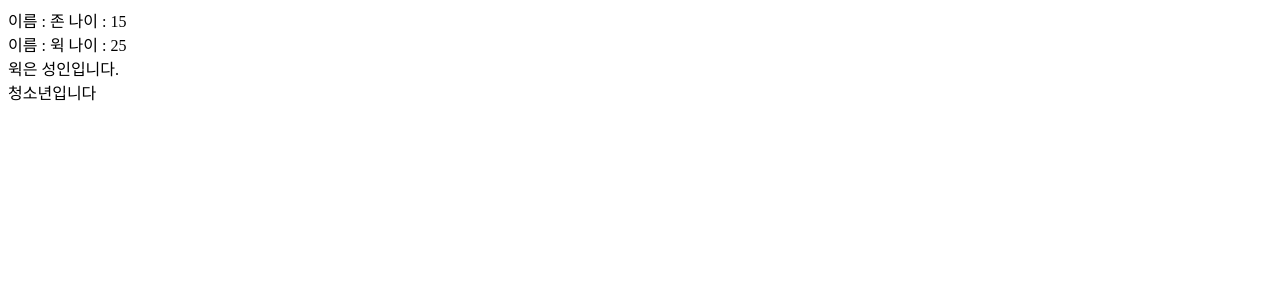
Repository: WoodongMaster/JSP_Workspace
Page: http://localhost/jstl_study/step04.jsp
An editor plug-in stored every save of this project. The page is shown before and after the next save, followed by the edit.
The browser window is 1280 px wide. The pictures show the whole page.
The page is served by Tomcat 9.

Above is the page before, as saved 2023-05-10 00:39:02.

After the next save:
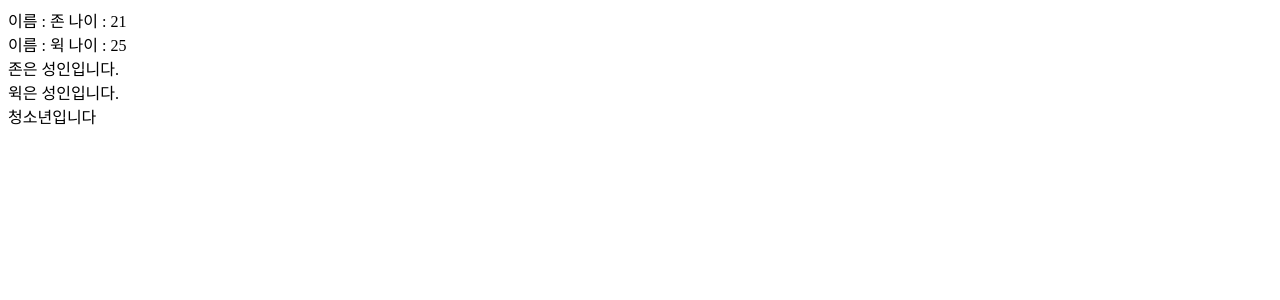
Saved 60 s later.
--- a/jstl_project/jstl_study/src/main/webapp/step04.jsp
+++ b/jstl_project/jstl_study/src/main/webapp/step04.jsp
@@ -11,7 +11,7 @@
 <body>
 	<%-- model 패키지안에 person 클래스 생성 --%>
 	<%
-		PersonVO pv1 = new PersonVO("존", 15);
+		PersonVO pv1 = new PersonVO("존", 21);
 		PersonVO pv2 = new PersonVO("윅", 25);
 		request.setAttribute("p1", pv1);
 		request.setAttribute("p2", pv2);
